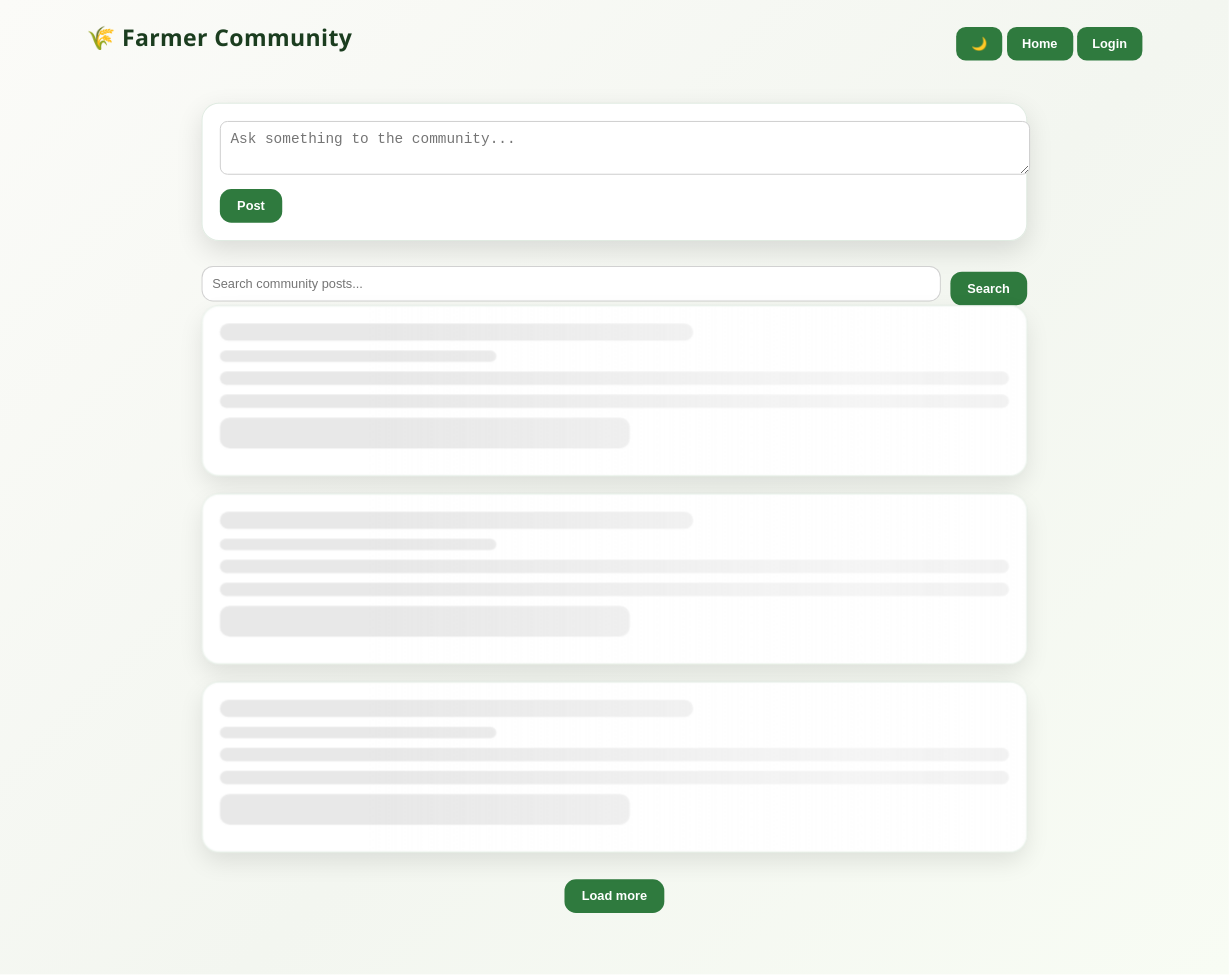
Repository: Desterhub/Agrogyanchatgpt
Page: agrogyan-gpt-main/frontend/community.html
These files come from the project's save history. The page is drawn as it stood at one moment and after the next save; the edit follows.
The browser window is 1280 px wide. The pictures show the whole page, at 96% of full size.
The page's requests for data from a server got no answer.

Above is the page before, as saved 2026-03-12 05:26:37.

After the next save:
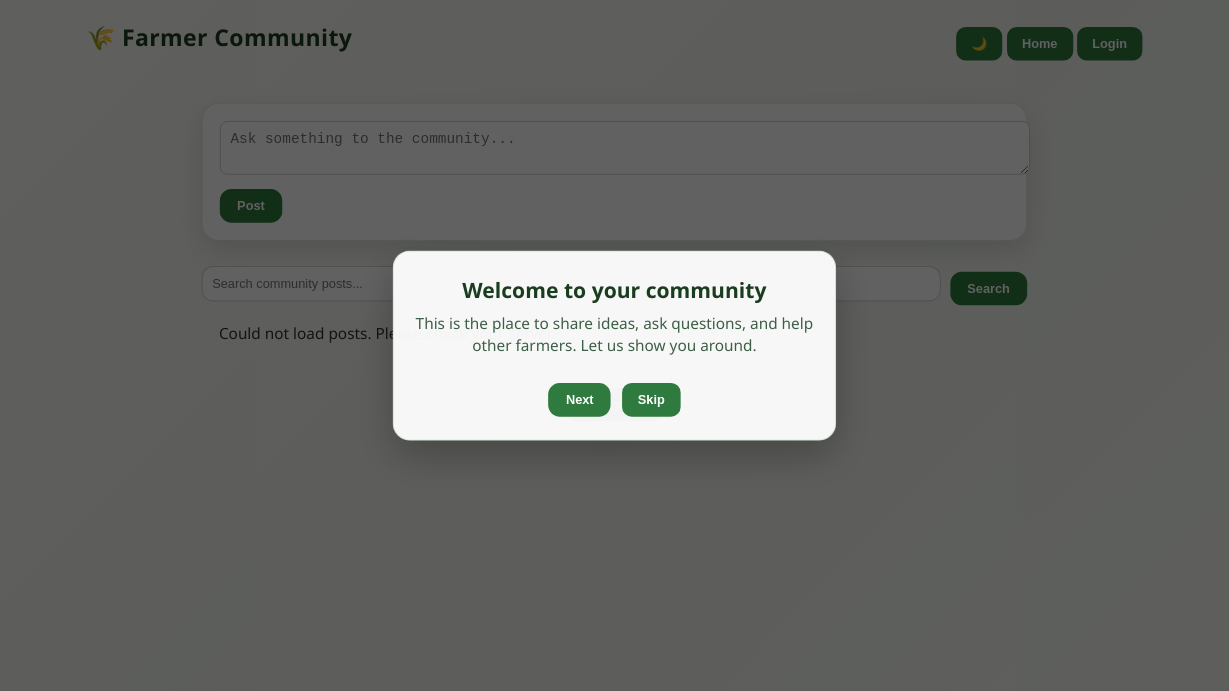
Saved 9 s later.
--- a/agrogyan-gpt-main/frontend/community.html
+++ b/agrogyan-gpt-main/frontend/community.html
@@ -393,8 +393,16 @@ async function loadPosts({ reset = true } = {}) {
         params.set("search", currentSearch);
     }
 
-    const res = await fetch(API + "/community/posts?" + params.toString());
-    const posts = await res.json();
+    let posts = [];
+    try {
+        const res = await fetch(API + "/community/posts?" + params.toString());
+        posts = await res.json();
+    } catch (err) {
+        showToast("Unable to load posts. Is the backend running?", "error");
+        console.error("loadPosts error", err);
+        container.innerHTML = "<div style='padding: 18px; color:#333;'>Could not load posts. Please check your server.</div>";
+        return;
+    }
 
     if (reset) {
         container.innerHTML = "";
